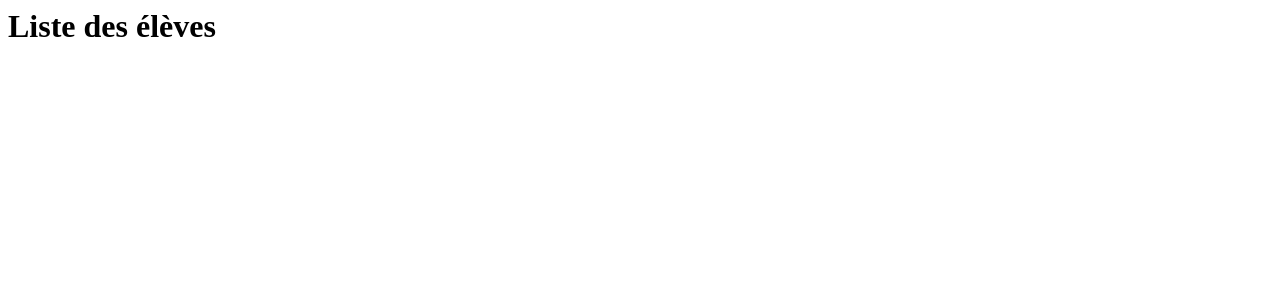
Repository: james19999/gestion
Page: http://localhost/contact
These files come from the project's save history. The page is drawn as it stood at one moment and after the next save; the edit follows.
The browser window is 1280 px wide. The pictures show the whole page.
The page is served by the project's Laravel application, run on PHP 8.4 with Laravel 8. Other server files are loaded and not shown. Queries for data that is not in the repository find no rows.

Above is the page before, as saved 2021-11-11 17:21:44.

### routes/web.php
<?php

use App\Http\Controllers\ContactController;
use Illuminate\Support\Facades\Route;

/*
|--------------------------------------------------------------------------
| Web Routes
|--------------------------------------------------------------------------
|
| Here is where you can register web routes for your application. These
| routes are loaded by the RouteServiceProvider within a group which
| contains the "web" middleware group. Now create something great!
|
*/

Route::get('/', function () {
    return view('welcome');
});
Route::view('/about','page.about')->name('about');
Route::view('/services','page.services')->name('services');
Route::view('/price','page.price')->name('price');
Route::view('/projects','page.projects')->name('projects');
Route::view('/pages','page.pages')->name('pages');

// Route::view('/contact','page.contact')->name('contact');
Route::get('/contact',[ContactController::class,'create'])->name('contact');


// Route::get('/toto', function () {
//     return 'Hello World';
// });
// Route::get('/produits', function () {
//      return view('produit/al');
// });
// Route::get('/PTT', function () {
//     return view('produit/ab');

// });

// Route::view('/PTT','produit.ab');

// Route::view('/contact','AN.contact')->name('contact');
// Route::view('/a_propos','AN.a_propos')->name('a_propos');

### app/Http/Controllers/ContactController.php
<?php

namespace App\Http\Controllers;

use App\Models\Eleve;
use Illuminate\Http\Request;

class ContactController extends Controller
{
    // public function create(){


    //      return view('contact.create');
    // }
    public function create(){
        $Eleves=Eleve::all();

         return view('contact.create',compact('Eleves'));
    }
}

### app/Models/Eleve.php
<?php

namespace App\Models;

use Illuminate\Database\Eloquent\Factories\HasFactory;
use Illuminate\Database\Eloquent\Model;

class Eleve extends Model
{
    use HasFactory;
}

### resources/views/contact/create.blade.php
<html lang="en">
<head>
    <meta charset="UTF-8">
    <meta name="viewport" content="width=device-width, initial-scale=1.0">
    <meta http-equiv="X-UA-Compatible" content="ie=edge">
    <title>Document</title>
</head>
<body>
      <h1>Liste des élèves</h1>

   @foreach ($Eleves as $Eleve )
             <p>{{$Eleve->nom  }}</p>
   @endforeach
</body>
</html>

Loaded but not shown: app/Http/Controllers/Controller.php (common file)

After the next save:
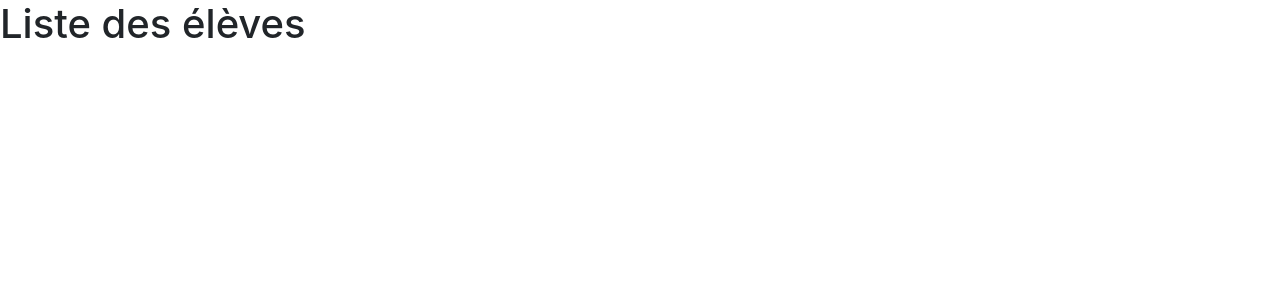
Saved 93 s later.
--- a/resources/views/contact/create.blade.php
+++ b/resources/views/contact/create.blade.php
@@ -3,6 +3,7 @@
     <meta charset="UTF-8">
     <meta name="viewport" content="width=device-width, initial-scale=1.0">
     <meta http-equiv="X-UA-Compatible" content="ie=edge">
+    <link rel="stylesheet" href="https://maxcdn.bootstrapcdn.com/bootstrap/4.0.0/css/bootstrap.min.css" integrity="sha384-Gn5384xqQ1aoWXA+058RXPxPg6fy4IWvTNh0E263XmFcJlSAwiGgFAW/dAiS6JXm" crossorigin="anonymous">
     <title>Document</title>
 </head>
 <body>
